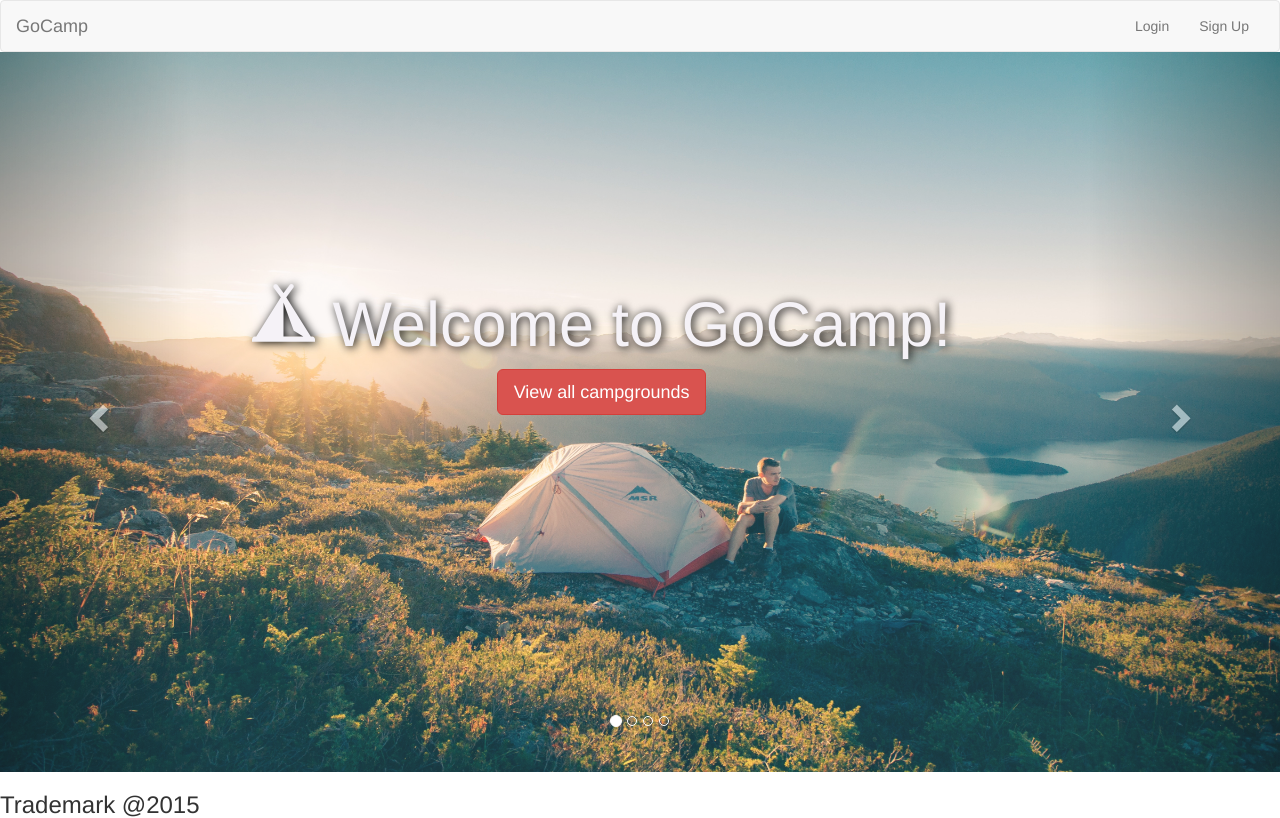
Repository: mkgdev/GoCamp
Page: http://localhost/
The author's editor kept a record of every edit. The page is drawn from the files as they stood at one moment, then again after the next edit.
The browser window is 1280 px wide. The pictures show the whole page.
The page is served by the project's Node server (app.js). Other server files are loaded and not shown.

Above is the page before.

### views/landing.ejs
<% include partials/header %>


<div id="carousel-example-generic" class="carousel slide" data-ride="carousel" id="background-image">
  <!-- Indicators -->
  <ol class="carousel-indicators">
    <li data-target="#carousel-example-generic" data-slide-to="0" class="active"></li>
    <li data-target="#carousel-example-generic" data-slide-to="1"></li>
    <li data-target="#carousel-example-generic" data-slide-to="2"></li>
      <li data-target="#carousel-example-generic" data-slide-to="3"></li>
  </ol>

     <!-- Wrapper for slides -->
  <div class="carousel-inner" role="listbox">
    <div class="item active">
      <img src="../assets/glen-jackson-242973.jpg" alt="...">
      <div class="carousel-caption">

      </div>
    </div>
    <div class="item">
      <img src="../assets/wolfgang-lutz-26516.jpg" alt="...">
      <div class="carousel-caption">

      </div>
    </div>


    <div class="item">
      <img src="../assets/robson-hatsukami-morgan-178532.jpg" alt="...">
      <div class="carousel-caption">

      </div>
    </div>

     <div class="item">
      <img src="../assets/sayan-nath-165552.jpg" alt="...">
      <div class="carousel-caption">

      </div>
    </div>




  </div>



    <!-- Controls -->
  <a class="left carousel-control" href="#carousel-example-generic" role="button" data-slide="prev">
    <span class="glyphicon glyphicon-chevron-left" aria-hidden="true"></span>
    <span class="sr-only">Previous</span>
  </a>
  <a class="right carousel-control" href="#carousel-example-generic" role="button" data-slide="next">
    <span class="glyphicon glyphicon-chevron-right" aria-hidden="true"></span>
    <span class="sr-only">Next</span>
  </a>
</div>



<!-- Jumbotron -->
<div class="container">
<div class="jumbotron" id="jumbotron-landing">

    <h1 class="caption"><span class="glyphicon glyphicon-tent
"></span> Welcome to GoCamp!</h1>
    <a href="/campground" class="btn btn-danger btn-lg">View all campgrounds</a>
</div>



</div>




<% include partials/footer %>

### views/partials/header.ejs
<!DOCTYPE html>

<html>
    <head>

        <title>

            GoCamp!

        </title>

        <link rel="stylesheet" type="text/css" href="https://maxcdn.bootstrapcdn.com/bootstrap/3.3.7/css/bootstrap.min.css" >
        <link rel="stylesheet" type="text/css" href="/CSS/app.css" >

</head>

<body>


<nav class="navbar navbar-default">

    <div class="container-fluid">
          <div class="navbar-header">
      <button type="button" class="navbar-toggle collapsed" data-toggle="collapse" data-target="#navbar" aria-expanded="false">
        <span class="sr-only">Toggle navigation</span>
        <span class="icon-bar"></span>
        <span class="icon-bar"></span>
        <span class="icon-bar"></span>
      </button>
      <a class="navbar-brand" href="/">GoCamp</a>
    </div>

    <div class="collapse navbar-collapse" id="navbar">
        <ul class="nav navbar-nav navbar-right" >
        <%

            if(!currentUser) {   %>
            <li><a href="/login">Login</a></li>
            <li><a href="/register">Sign Up </a></li>

           <%  } else {  %>
             <li><a href="#">Signed in As <%= currentUser.username %></a></li>
            <li><a href="/logout">Logout</a></li>
          <%  } ; %>



        </ul>
    </div>


    </div>

</nav>


    <div class="container">
    <% if(error && error.length>0){ %>

    <div class="alert alert-danger" role="alert">

    <p><%= error %></p>
    </div>
<%    }
    if(success && success.length>0){  %>
    <div class="alert alert-success" role="alert">
        <p><%= success %></p>
    </div>
    <% } %>
    </div>

### views/partials/footer.ejs
<h3>Trademark @2015</h3>

</body>

</html>

### app.js
var express             =          require("express"),
    mongoose            =          require("mongoose"),
    bodyParser          =          require("body-parser"),
    User                =          require("./Models/user"),
    Campground          =          require("./Models/campground"),
    Post                =          require("./Models/post"),

    flash               =          require("connect-flash"),

    seeds               =          require("./seeds"),
    passport=                      require("passport"),
    LocalStrategy       =          require("passport-local"),
     app                =          express(),
    methodOverride      =          require("method-override");

    CampgroundRoutes    =          require("./routes/campground"),
    CommentRoutes       =          require("./routes/comment"),
    IndexRoutes         =          require("./routes/index");           //Authentication Routes


var DBURL = process.env.url;

if(!DBURL)
    {
        DBURL= "mongodb://localhost/go_camp";
    }

 mongoose.connect(DBURL);

    app.use(express.static(__dirname+"/public"));

  app.set("view engine","ejs");

    app.use(methodOverride('_method'));

    app.use(bodyParser.urlencoded({extended:true}));
    app.use(flash());


    //seeds();


//=================================
//    Passport setup
//==================================

 app.use(require("express-session")({

       secret: "This is not expected from this site",

       resave: false,

       saveUninitialized :false


   }));

   app.use(passport.initialize());
   app.use(passport.session());

   passport.use(new LocalStrategy(User.authenticate()));




  passport.serializeUser(User.serializeUser());

  passport.deserializeUser(User.deserializeUser());






app.use(function(req,res , next){                            //Middleware


    res.locals.currentUser = req.user;

    res.locals.error       = req.flash("error");
    res.locals.success     = req.flash("success");
    next();
});




//***********************
//Routes configuration
//***********************

app.use(CampgroundRoutes);
app.use(CommentRoutes);
app.use(IndexRoutes);

//************************











//=======================================================
//             Listening Port
//========================================================
app.listen(process.env.PORT, process.env.IP, function(){


   console.log("GoCamp server has started");


});

### routes/index.js
var express     =  require("express");

var router      =  express.Router();

var User        =  require("../Models/user");

var passport   =     require("passport");



// ============================
//  Landing Page


  router.get("/", function(req, res){


    res.render("landing");

});




//========================================
//    Auth Routes setting
//========================================



//Registe Route
router.get("/register", function(req, res){

    res.render("register");


});


router.post("/register", function(req, res){



    User.register(new User({username:req.body.username}), req.body.password, function(err, user){


        if(err)
            {
                req.flash("error",err.message);

                return res.render("register");
            }

              passport.authenticate("local")(req, res, function(){


                  res.redirect("/campground");

              });
    } );

});


//Login route
router.get("/login", function(req, res){


    res.render("login");
});

router.post("/login",passport.authenticate("local", {      //middleware


    successRedirect :"/campground",


    failureRedirect :"/login"


}), function(req,res){




});


// Logout Route

router.get("/logout", function(req, res){


    req.logout();

    req.flash("success", "You have successfully logged  out!")
    res.redirect("/campground");
});




module.exports  = router;

### public/CSS/app.css

body, html{
    height: 100%;
}

.navbar-default{

    margin-bottom: 0px;
}


.thumbnail .caption-full p{


    clear:both;
}

#comment {

    clear: both;
}

#comment-text{
    clear:both;
}

.thumbnail img {
    width :100%;
}


#addComment{

    margin-bottom: 10px;

}

.caption-full{

    padding:9px;
}

#delete {

    display:inline;
}

#login-container, #register-container,#campground-container, #comment-container{

    text-align: center;
}

#login-form, #register-form, #campground-form, #comment-form{

    width:33%;
    margin: 0 auto;
    display: inline-block;
}

#index-thumbnail {

    text-align: center;
}


input{

   margin: 10px 0px;
}

.carousel-inner>.item>a>img, .carousel-inner>.item>img {

    width:100%;
    height: 100%;
    margin-top:0px;
    opacity:0.9;

}

.carousel,.item,.active{height:100%;}

.carousel-inner{height:100%;}

.carousel-indicators{

    bottom:30px;
}

#jumbotron-landing  {


    position:absolute;


    margin: 0 auto;
    background-color: transparent;

    text-align: center;
    top: 30%;
    left:15%;
    color: #F5F2F7;


;
}

#jumbotron-landing .caption {

    text-shadow:  2px 1px 10px black
}

After the next edit:
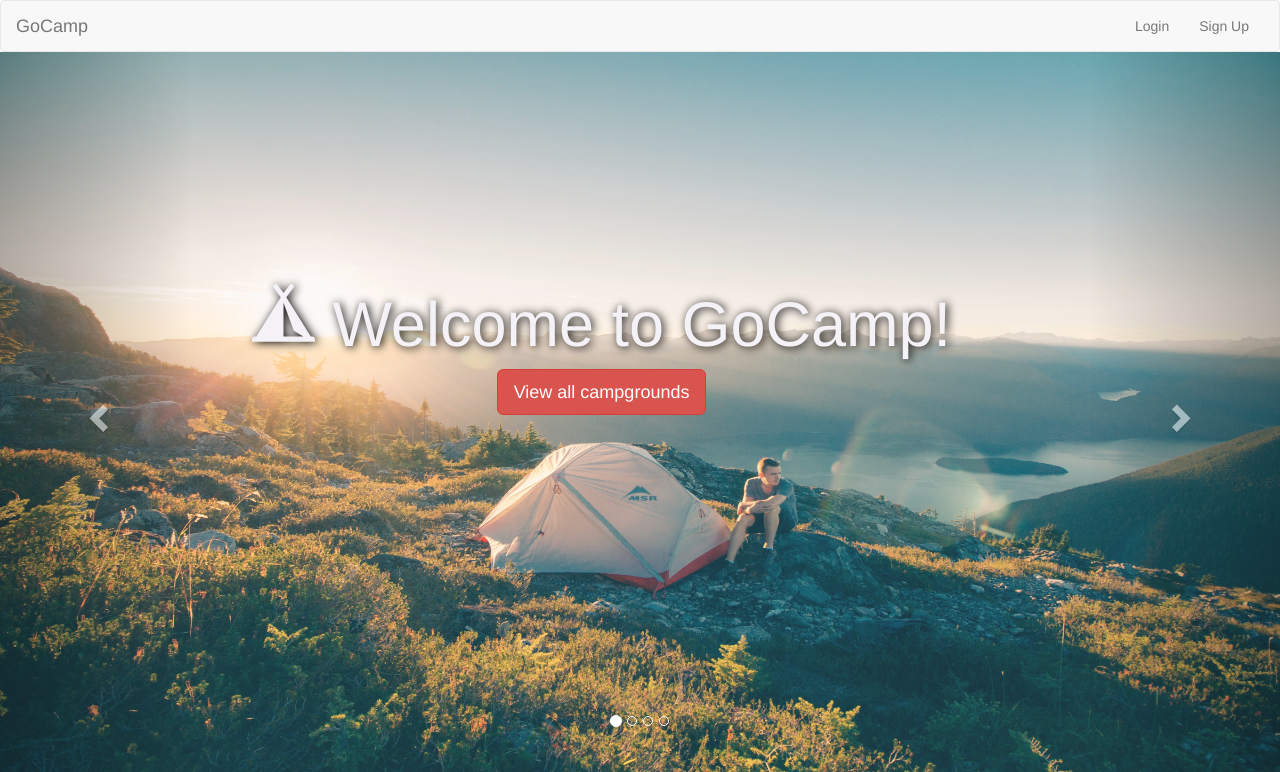
The edit:
--- a/views/partials/footer.ejs
+++ b/views/partials/footer.ejs
@@ -1,4 +1,4 @@
-<h3>Trademark @2015</h3>
+
 
 </body>
 
